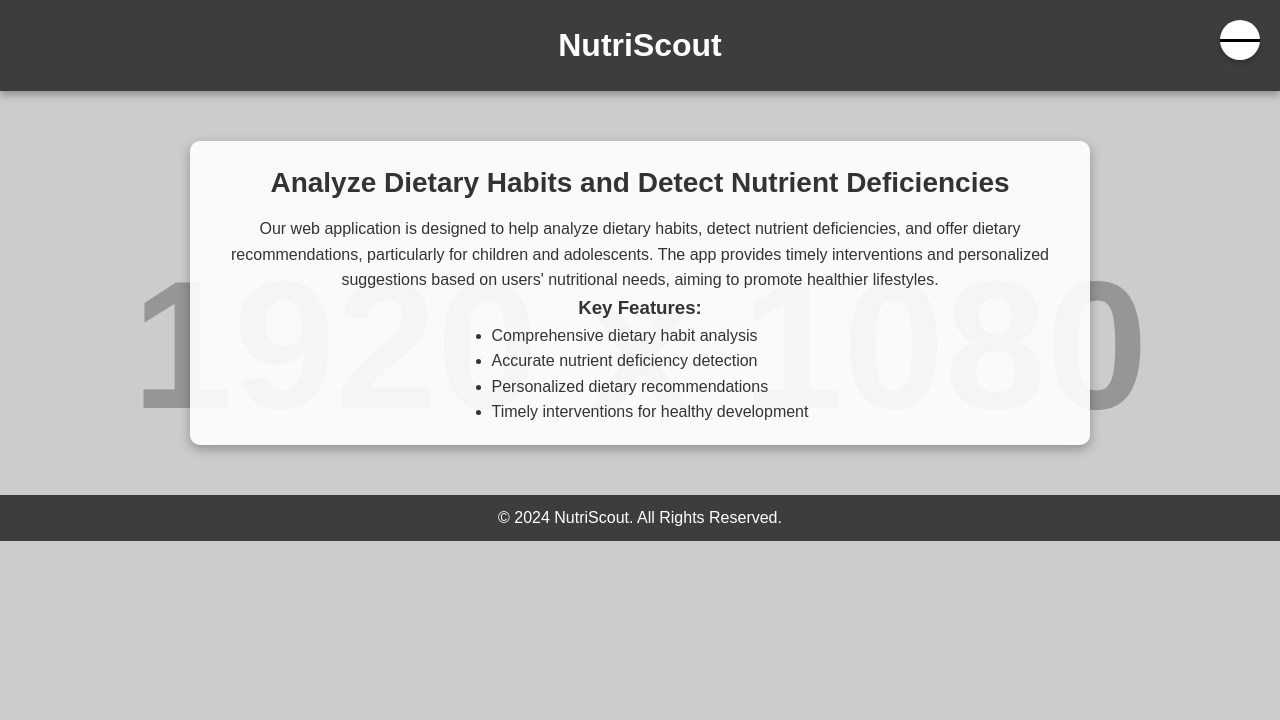
Repository: chaitanyasivathmika/NutrientDiet
Page: http://localhost/NutrientDiet/home.jsp
The author's editor kept a copy of each file at every save. The page is drawn from the files as they stood at one save, then again after the next save.
The browser window is 1280 px wide. The pictures show the whole page.
The page is served by Tomcat 10. Other server files are loaded and not shown.

Above is the page before, as saved 2024-11-17 04:07:49.

### NutrientDiet/src/main/webapp/home.jsp
<%@ page language="java" contentType="text/html; charset=UTF-8"
    pageEncoding="UTF-8"%>
<!DOCTYPE html>
<html lang="en">
<head>
    <meta charset="UTF-8">
    <meta name="viewport" content="width=device-width, initial-scale=1.0">
    <title>NutriScout</title>
    <style>
        /* General Styling */
        * {
            margin: 0;
            padding: 0;
            box-sizing: border-box;
        }

        body {
            font-family: 'Arial', sans-serif;
            background-image: url('https://via.placeholder.com/1920x1080'); /* Replace with your background image URL */
            background-size: cover;
            background-position: center;
            background-attachment: fixed;
            color: #333;
            line-height: 1.6;
        }

        /* Header */
        header {
            background-color: rgba(0, 0, 0, 0.7);
            color: white;
            padding: 20px 0;
            box-shadow: 0 4px 8px rgba(0, 0, 0, 0.3);
            text-align: center;
        }

        .logo h1 {
            font-size: 32px;
            font-weight: bold;
        }

        /* Hamburger Menu */
        .hamburger-menu {
            position: absolute;
            top: 20px;
            right: 20px;
            width: 40px;
            height: 40px;
            background-color: white;
            border-radius: 50%;
            display: flex;
            justify-content: center;
            align-items: center;
            cursor: pointer;
            box-shadow: 0 4px 6px rgba(0, 0, 0, 0.2);
        }

        .hamburger-menu div {
            width: 20px;
            height: 3px;
            background-color: black;
            margin: 3px 0;
        }

        /* Dropdown Menu */
        .dropdown {
            display: none;
            position: absolute;
            top: 80px;
            right: 20px;
            background-color: rgba(255, 255, 255, 0.9);
            border-radius: 10px;
            box-shadow: 0 4px 12px rgba(0, 0, 0, 0.2);
            padding: 10px;
            z-index: 1000;
        }

        .dropdown .menu {
            margin: 10px 0;
            cursor: pointer;
            font-weight: bold;
            padding: 10px;
            background-color: #0062cc;
            color: white;
            border-radius: 5px;
            text-align: center;
        }

        .dropdown .menu:hover {
            background-color: #0056b3;
        }

        .submenu {
            display: none;
            margin-top: 10px;
        }

        .submenu a {
            display: block;
            text-decoration: none;
            color: #333;
            margin: 5px 0;
            padding: 8px 12px;
            background-color: #f4f4f4;
            border-radius: 5px;
            text-align: center;
        }

        .submenu a:hover {
            background-color: #ddd;
        }

        /* Main Content */
        main {
            padding: 20px;
            max-width: 900px;
            margin: 50px auto;
            text-align: center;
            background-color: rgba(255, 255, 255, 0.9);
            box-shadow: 0 4px 12px rgba(0, 0, 0, 0.3);
            border-radius: 10px;
        }

        .intro h2 {
            font-size: 28px;
            color: #333;
            margin-bottom: 10px;
        }

        .features ul {
            list-style-type: disc;
            margin-left: 20px;
            text-align: left;
            display: inline-block;
        }

        footer {
            text-align: center;
            padding: 10px 0;
            background-color: rgba(0, 0, 0, 0.7);
            color: white;
            margin-top: 50px;
        }
    </style>
</head>
<body>
    <header>
        <div class="logo">
            <h1>NutriScout</h1>
        </div>
        <div class="hamburger-menu" onclick="toggleDropdown()">
            <div></div>
            <div></div>
            <div></div>
        </div>
        <div class="dropdown" id="dropdown-menu">
            <div class="menu" onclick="toggleSubMenu('user-menu')">User</div>
            <div class="submenu" id="user-menu">
                <a href="userlogin">User Login</a>
                <a href="userreg">User Signup</a>
            </div>
            <div class="menu" onclick="toggleSubMenu('admin-menu')">Admin</div>
            <div class="submenu" id="admin-menu">
                <a href="adminlogin">Admin Login</a>
            </div>
            <div class="menu" onclick="toggleSubMenu('nutrition-menu')">Nutrition</div>
            <div class="submenu" id="nutrition-menu">
                <a href="nulogin">Nutritionist Login</a>
                <a href="nusignup">Nutritionist Signup</a>
            </div>
        </div>
    </header>

    <main>
        <section class="intro">
            <h2>Analyze Dietary Habits and Detect Nutrient Deficiencies</h2>
            <p>
                Our web application is designed to help analyze dietary habits, detect nutrient deficiencies,
                and offer dietary recommendations, particularly for children and adolescents.
                The app provides timely interventions and personalized suggestions based on users' nutritional needs,
                aiming to promote healthier lifestyles.
            </p>
        </section>

        <section class="features">
            <h3>Key Features:</h3>
            <ul>
                <li>Comprehensive dietary habit analysis</li>
                <li>Accurate nutrient deficiency detection</li>
                <li>Personalized dietary recommendations</li>
                <li>Timely interventions for healthy development</li>
            </ul>
        </section>
    </main>

    <footer>
        <p>&copy; 2024 NutriScout. All Rights Reserved.</p>
    </footer>

    <script>
        function toggleDropdown() {
            const dropdown = document.getElementById('dropdown-menu');
            dropdown.style.display = dropdown.style.display === 'block' ? 'none' : 'block';
        }

        function toggleSubMenu(menuId) {
            const submenu = document.getElementById(menuId);
            submenu.style.display = submenu.style.display === 'block' ? 'none' : 'block';
        }
    </script>
</body>
</html>

After the next save:
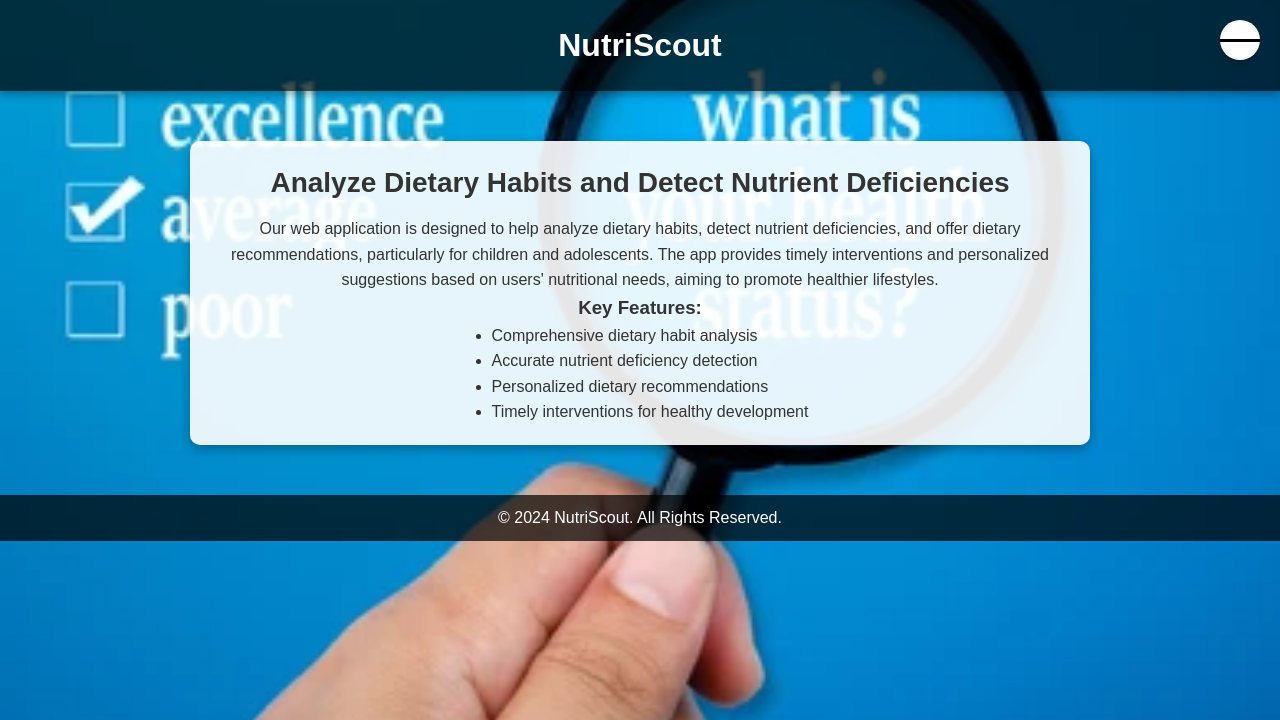
Saved 7 min 59 s later.
--- a/NutrientDiet/src/main/webapp/home.jsp
+++ b/NutrientDiet/src/main/webapp/home.jsp
@@ -16,7 +16,7 @@
 
         body {
             font-family: 'Arial', sans-serif;
-            background-image: url('https://via.placeholder.com/1920x1080'); /* Replace with your background image URL */
+            background-image: url('images/healthStatus.webp'); /* Replace with your background image URL */
             background-size: cover;
             background-position: center;
             background-attachment: fixed;
